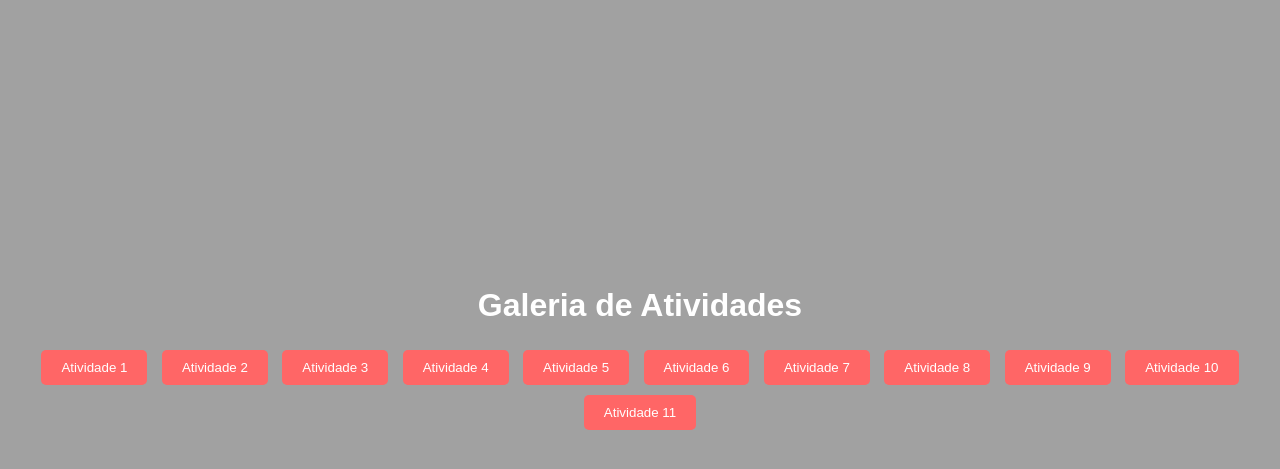
Repository: Gabrielb0rn/JavaScript-HTML.io
Page: index.html
The author's editor kept a copy of each file at every save. The page is drawn from the files as they stood at one save, then again after the next save.
The browser window is 1280 px wide. The pictures show the whole page.

Above is the page before, as saved 2024-07-04 11:36:40.

### index.html
<!DOCTYPE html>
<html lang="pt">
<head>
    <meta charset="UTF-8">
    <meta name="viewport" content="width=device-width, initial-scale=1.0">
    <title>Galeria de Atividades</title>
    <link rel="stylesheet" href="assets/style.css">
</head>
<body>
    <div class="container">
        <h1>Galeria de Atividades</h1>
        <div class="activities">
            <button onclick="window.location.href='atividade 1/index.html'">Atividade 1</button>
            <button onclick="window.location.href='atividade 2/index.html'">Atividade 2</button>
            <button onclick="window.location.href='atividade 3/index.html'">Atividade 3</button>
            <button onclick="window.location.href='atividade 4/index.html'">Atividade 4</button>
            <button onclick="window.location.href='atividade 5/index.html'">Atividade 5</button>
            <button onclick="window.location.href='atividade 6/index.html'">Atividade 6</button>
            <button onclick="window.location.href='atividade 7/index.html'">Atividade 7</button>
            <button onclick="window.location.href='atividade 8/index.html'">Atividade 8</button>
            <button onclick="window.location.href='atividade 9/index.html'">Atividade 9</button>
            <button onclick="window.location.href='atividade 10/index.html'">Atividade 10</button>
            <button onclick="window.location.href='atividade 11/index.html'">Atividade 11</button>
        </div>
    </div>
</body>
</html>

### assets/style.css
body {
    font-family: Arial, sans-serif;
    background-color: #a1a1a1;
    display: flex;
    justify-content: center;
    align-items: center;
    height: 100vh;
    margin: 0;
}

.container {
    text-align: center;
    color: white;
}

.activities {
    margin: 20px 0;
}

button {
    background-color: #ff6666;
    border: none;
    color: white;
    padding: 10px 20px;
    margin: 5px;
    cursor: pointer;
    border-radius: 5px;
}

button:hover {
    background-color: #ff4d4d;
}

After the next save:
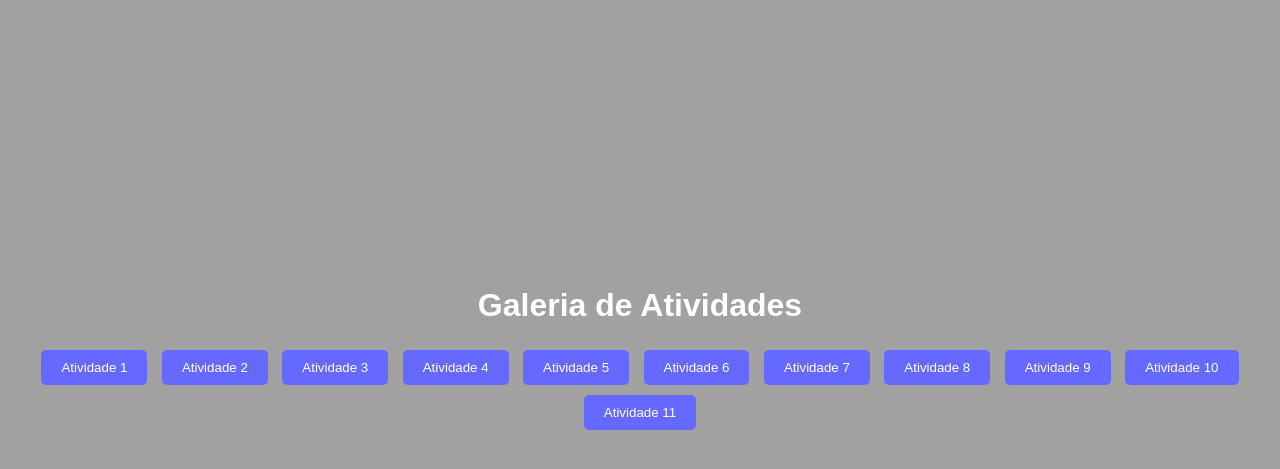
Saved 9 s later.
--- a/assets/style.css
+++ b/assets/style.css
@@ -18,7 +18,7 @@
 }
 
 button {
-    background-color: #ff6666;
+    background-color: #6669ff;
     border: none;
     color: white;
     padding: 10px 20px;
